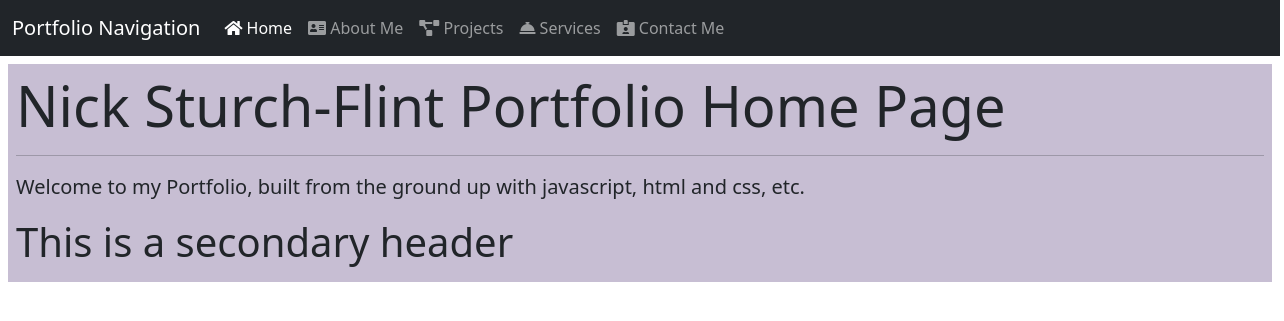
Repository: GarlicButterBoy/Portfolio
Page: index.html
The author's editor kept a copy of each file at every save. The page is drawn from the files as they stood at one save, then again after a run of saves.
The browser window is 1280 px wide. The page is 1284 px wide, so the pictures cover 1284 px, including what lies to the right of the window. The pictures show the whole page.

Above is the page before, as saved 2021-06-01 11:33:02.

### index.html
<!DOCTYPE html>
<html lang="en">
<head>
    <meta charset="UTF-8">
    <meta http-equiv="X-UA-Compatible" content="IE=edge">
    <meta name="viewport" content="width=device-width, initial-scale=1.0">
    <title>Nick Sturch-Flint Portfolio</title>
    <link rel="stylesheet" href="./node_modules/bootstrap/dist/css/bootstrap.min.css">
    <link rel="stylesheet" href="./node_modules/@fortawesome/fontawesome-free/css/all.min.css">
    <link rel="stylesheet" href="./Content/app.css">
</head>
<body>
  <!-- Main Navigation -->
    <nav class="navbar navbar-expand-lg navbar-dark bg-dark">
        <div class="container-fluid">
          <a class="navbar-brand" href="#">Portfolio Navigation</a>
          <button class="navbar-toggler" type="button" data-bs-toggle="collapse" data-bs-target="#navbarNavAltMarkup" aria-controls="navbarNavAltMarkup" aria-expanded="false" aria-label="Toggle navigation">
            <span class="navbar-toggler-icon"></span>
          </button>
          <div class="collapse navbar-collapse" id="navbarNavAltMarkup">
            <div class="navbar-nav ml-auto">
              <a class="nav-link active" aria-current="page" href="#"><i class="fas fa-home"></i> Home</a>
              <a class="nav-link" href="#"><i class="fas fa-address-card"></i> About Me</a>
              <a class="nav-link" href="#"><i class="fas fa-project-diagram"></i> Projects</a>
              <a class="nav-link" href="#"><i class="fas fa-concierge-bell"></i> Services</a>
              <a class="nav-link" href="#"><i class="fas fa-id-card-alt"></i> Contact Me</a>
            </div>
          </div>
        </div>
      </nav>
      <!-- End of Main Navigation -->

      <main class="containrer p-2">
        <div class="row">
          <div class="col">
            <div class="jumbotron p-2" id="contentArea">
              <h1 class="display-4" id="heading1">Nick Sturch-Flint Portfolio Home Page</h1><hr/>
              <p class="lead">Welcome to my Portfolio, built from the ground up with javascript, html and css, etc.</p>
            </div>
          </div>
        </div>
      </main>


      <!-- Third Party Libraries -->
      <script src="./node_modules/jquery/dist/jquery.min.js"></script>
      <script src="./node_modules/bootstrap/dist/js/bootstrap.min.js"></script>

      <!-- Third Party Libraries -->
    <script src="./Scripts/app.js"></script>
</body>
</html>

### Content/app.css
.jumbotron {
    background-color: #c7bed3;
  }

### Scripts/app.js
//IIFE - Immediately Invoked Function Expression
// OR - Anonymous Self Executing Function
(function()
{

    let h2;
    //event handlers
    function MouseOver()
    {
        h2.style.color = "green";
    }

    function MouseOut()
    {
        h2.style.color = (h2.style.color == "blue" ) ? "black" : "blue";
    }

    function Start()
    {
        console.log("%cApp Started", "color:blue; font-size:20px;");
        //get a reference to the content area
        let contentArea = document.getElementById("contentArea");
        //create an h2 element
        h2 = document.createElement("h2");
        //add a class attribute
        h2.setAttribute("class", "display-6");
        h2.textContent = "This is a secondary header";
        //append the new node
        contentArea.appendChild(h2);

        //add event listener
        h2.addEventListener("click", () => {
            h2.style.color = (h2.style.color == "blue" ) ? "black" : "blue";
        });

        h2.addEventListener("mouseover", MouseOver);

        h2.addEventListener("mouseout", MouseOut);

        Main();
    }

    function Main()
    {
        console.log("%c|", "color:green; font-size:16px;");
        console.log("%cv", "color:green; font-size:16px;");
        console.log("%cMain Portfolio Started", "color:green; font-size:16px;");

    }

    window.addEventListener("load", Start);
})();

Loaded but not shown: node_modules/bootstrap/dist/css/bootstrap.min.css (library); node_modules/@fortawesome/fontawesome-free/css/all.min.css (library); node_modules/jquery/dist/jquery.min.js (library); node_modules/bootstrap/dist/js/bootstrap.min.js (library)

After the next 2 saves:
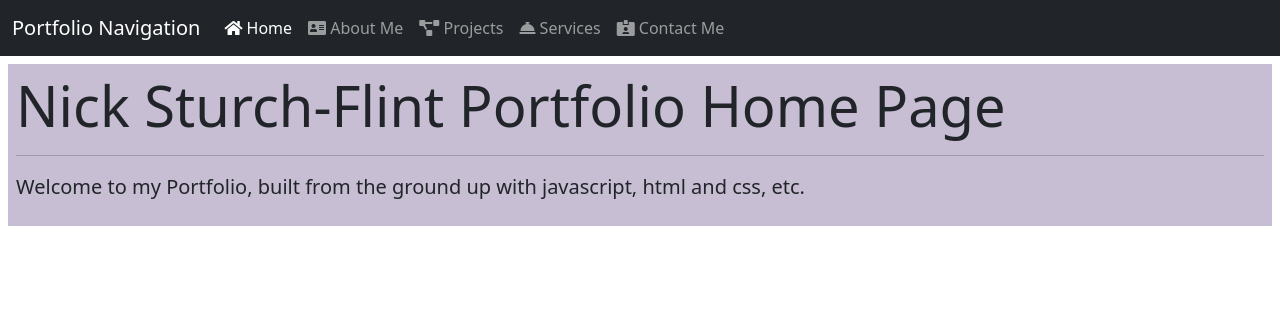
Console error (its wording comes from the project's code and is left out).
The 2 saves are shown as one change because they came seconds apart.
The last was saved 6 min 42 s later.
--- a/Scripts/app.js
+++ b/Scripts/app.js
@@ -1,3 +1,5 @@
+"use strict"
+
 //IIFE - Immediately Invoked Function Expression
 // OR - Anonymous Self Executing Function
 (function()

After the save that followed:
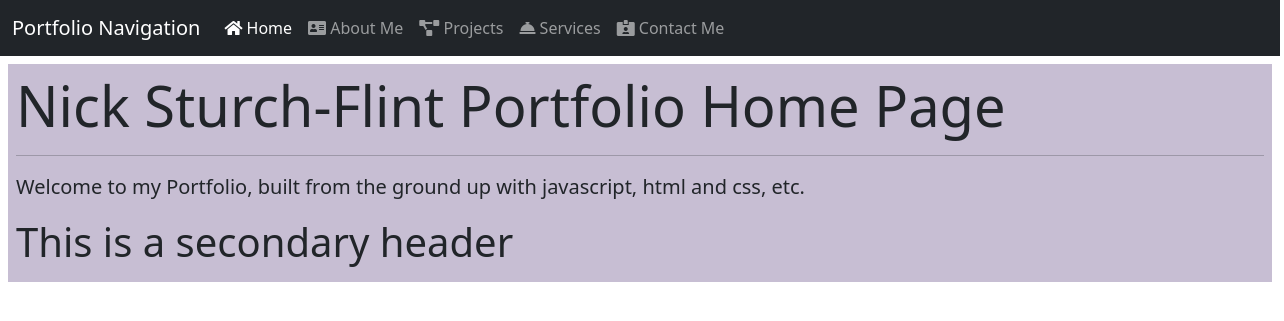
The error is gone.
Saved 4 s later.
--- a/Scripts/app.js
+++ b/Scripts/app.js
@@ -1,4 +1,4 @@
-"use strict"
+"use strict";
 
 //IIFE - Immediately Invoked Function Expression
 // OR - Anonymous Self Executing Function
